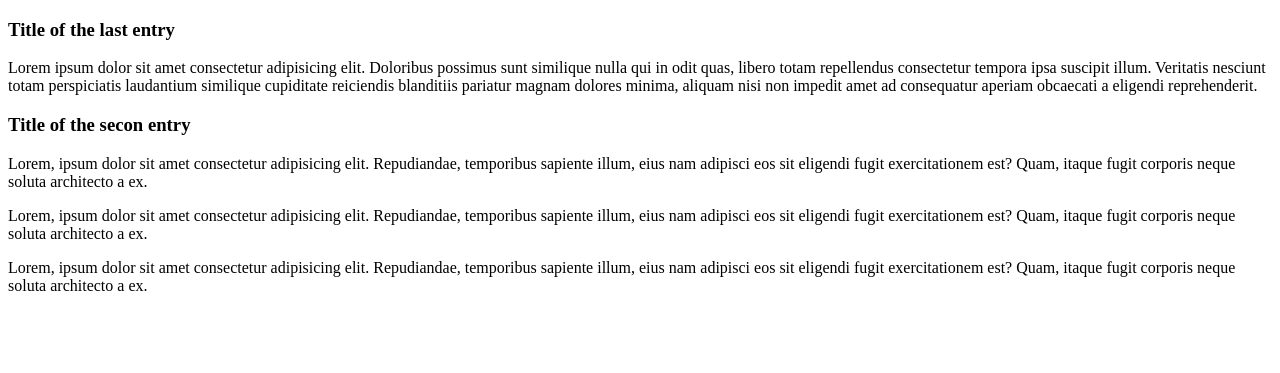
Repository: KikiMcArron/Don_Kiki_McArron
Page: index.html
The author's editor kept a copy of each file at every save. The page is drawn from the files as they stood at one save, then again after the next save.
The browser window is 1280 px wide. The pictures show the whole page.

Above is the page before, as saved 2022-04-08 12:48:18.

After the next save:
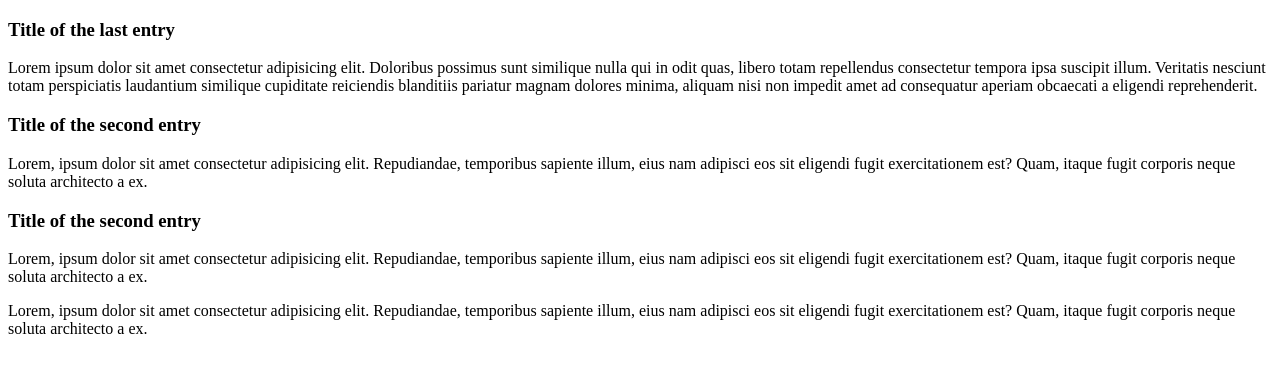
Saved 6 s later.
--- a/index.html
+++ b/index.html
@@ -24,12 +24,13 @@
         </section>
         <section class="prev_entries">
             <article>
-                <h3>Title of the secon entry</h3>
+                <h3>Title of the second entry</h3>
                 <p>Lorem, ipsum dolor sit amet consectetur adipisicing elit. Repudiandae, temporibus sapiente illum,
                     eius nam adipisci eos sit eligendi fugit exercitationem est? Quam, itaque fugit corporis neque
                     soluta architecto a ex.</p>
-            </article>
-            <article>
+                </article>
+                <article>
+                <h3>Title of the second entry</h3>
                 <p>Lorem, ipsum dolor sit amet consectetur adipisicing elit. Repudiandae, temporibus sapiente illum,
                     eius nam adipisci eos sit eligendi fugit exercitationem est? Quam, itaque fugit corporis neque
                     soluta architecto a ex.</p>
